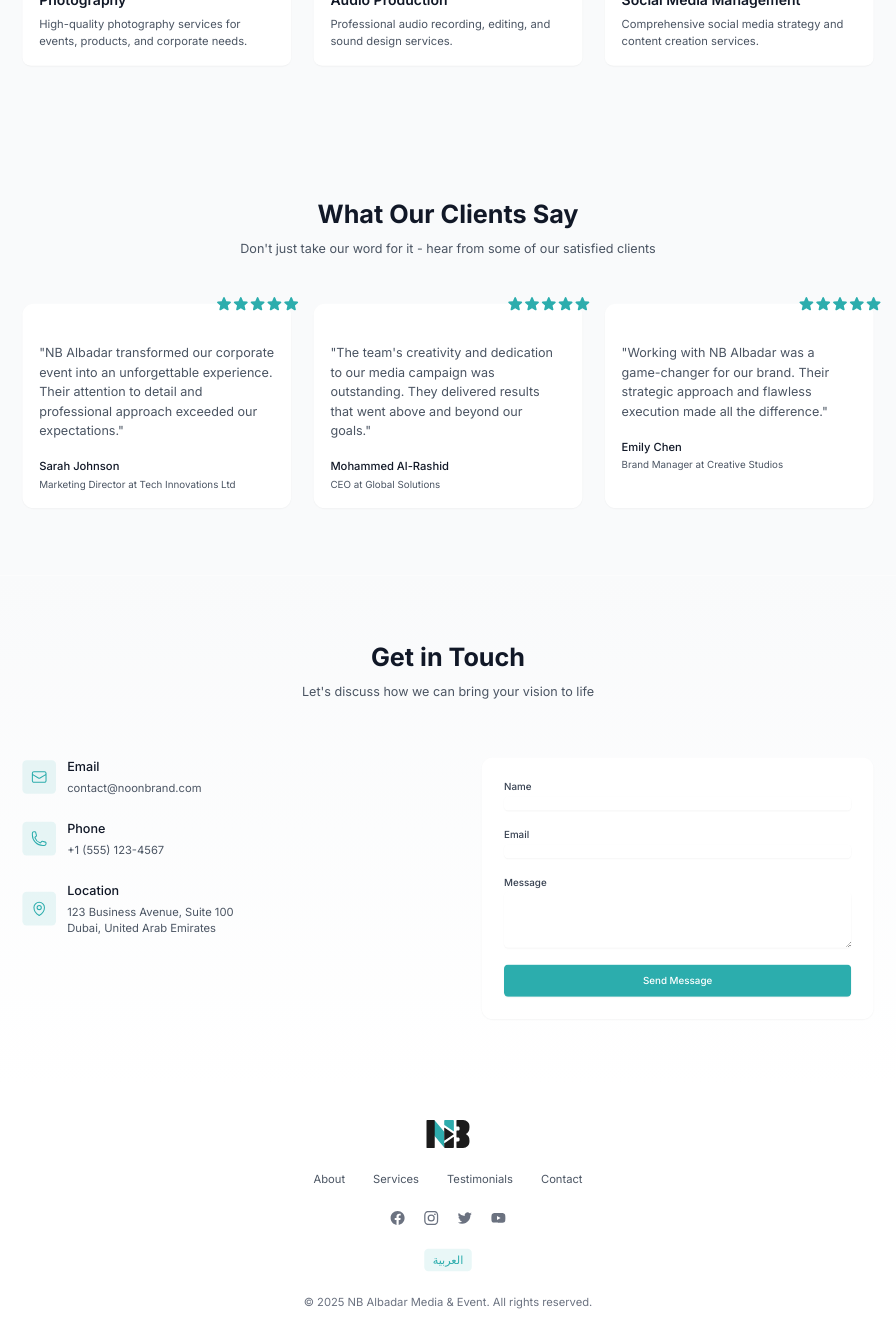
Repository: omartetano99/nb-albadr-website
Page: /
The author's editor kept a copy of each file at every save. The page is drawn from the files as they stood at one save, then again after the next save.
The browser window is 1280 px wide. The pictures show the part of the page from y = 1790 to 3710 px (the page is 3710 px tall), at 70% of full size.
The project was rebuilt for these pictures with package versions that can differ from the ones it lists, and the page was loaded fresh each time. The framework's server and built-in components were replaced by stand-ins that run in the browser. Also part of the build but not shown: next.config.mjs.

Above is the page before, as saved 2025-01-31 17:18:37.

After the next save:
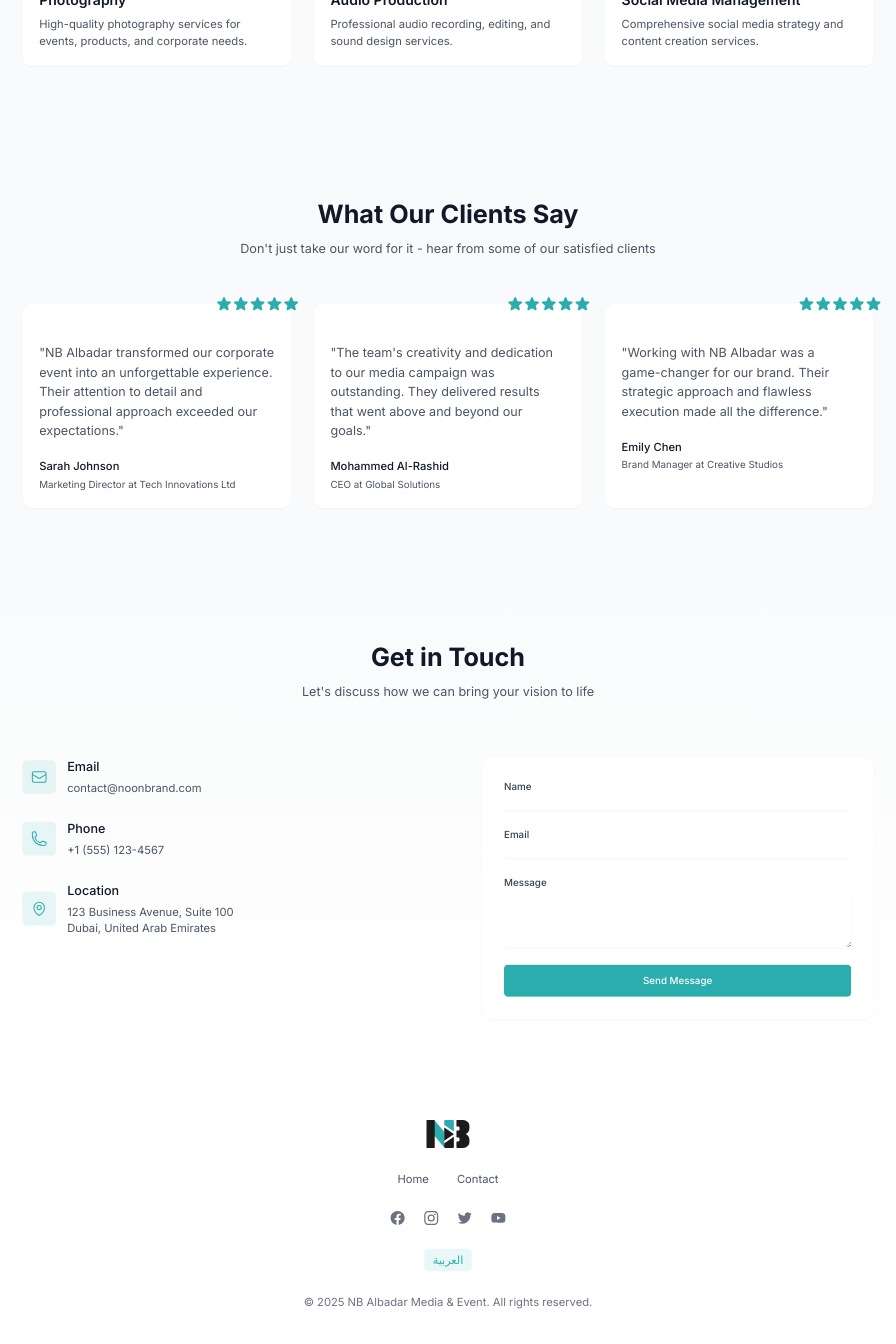
Saved 10 s later.
--- a/src/components/Footer.tsx
+++ b/src/components/Footer.tsx
@@ -11,17 +11,13 @@
 const navigation = {
   en: {
     main: [
-      { name: 'About', href: '/about' },
-      { name: 'Services', href: '/services' },
-      { name: 'Testimonials', href: '/testimonials' },
+      { name: 'Home', href: '/' },
       { name: 'Contact', href: '/contact' },
     ],
   },
   ar: {
     main: [
-      { name: 'من نحن', href: '/about' },
-      { name: 'خدماتنا', href: '/services' },
-      { name: 'آراء العملاء', href: '/testimonials' },
+      { name: 'الرئيسية', href: '/' },
       { name: 'اتصل بنا', href: '/contact' },
     ],
   },
